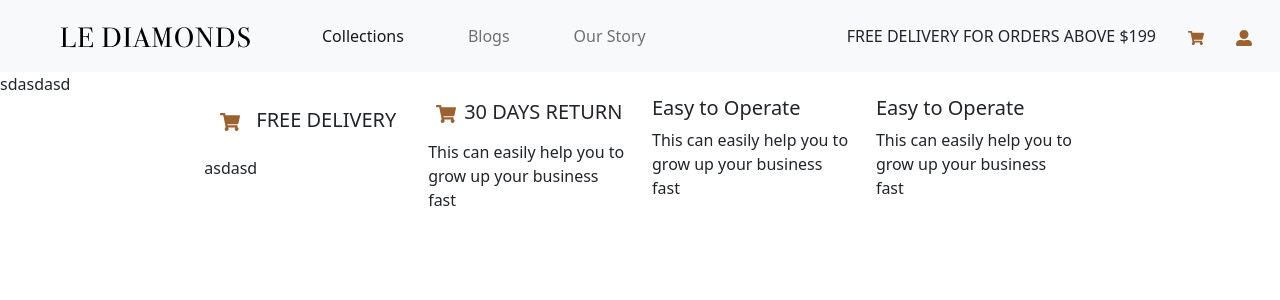
Repository: farrelmuhammad/lediamonds-vi8e
Page: /
An editor plug-in stored every save of this project. The page is shown before and after the next save, followed by the edit.
The browser window is 1280 px wide. The pictures show the whole page.
The project was rebuilt for these pictures with package versions that can differ from the ones it lists, and the page was loaded fresh each time. Also part of the build but not shown: src/App.css.

Above is the page before, as saved 2022-09-17 11:18:30.

After the next save:
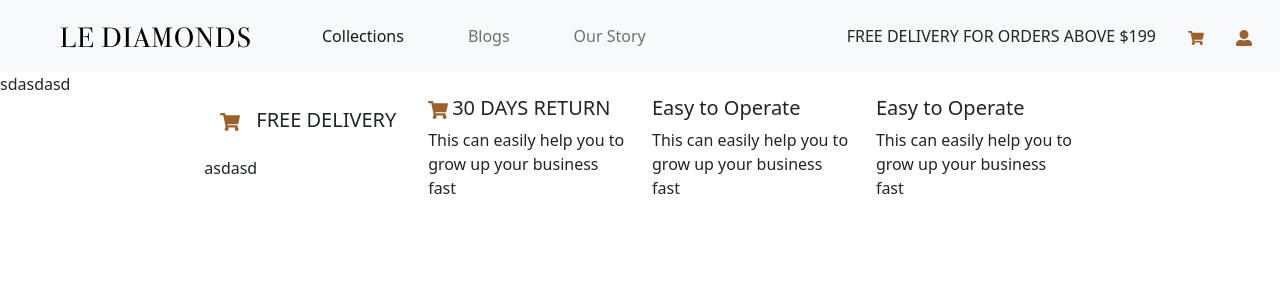
Saved 11 s later.
--- a/src/components/Content.jsx
+++ b/src/components/Content.jsx
@@ -15,7 +15,7 @@
           </div>
           <div className="col">
             <h5 class="icon-title">
-              <FaShoppingCart className="icons m-2" />
+              <FaShoppingCart className="icons me-1" />
               30 DAYS RETURN
             </h5>
             <p class="icon-caption">
